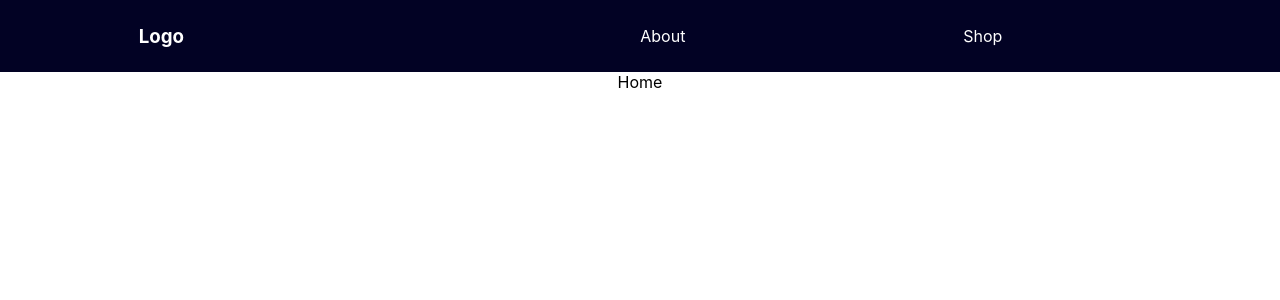
Repository: patrik-fredlund/React-router-tutorial
Page: /
An editor plug-in stored every save of this project. The page is shown before and after the next save, followed by the edit.
The browser window is 1280 px wide. The pictures show the whole page.
The project was rebuilt for these pictures with package versions that can differ from the ones it lists, and the page was loaded fresh each time. Also part of the build but not shown: src/About.js, src/Shop.js.

Above is the page before, as saved 2021-04-02 17:24:49.

### public/index.html
<!DOCTYPE html>
<html lang="en">

<head>
  <meta charset="utf-8" />
  <link rel="icon" href="%PUBLIC_URL%/favicon.ico" />
  <meta name="viewport" content="width=device-width, initial-scale=1" />
  <meta name="theme-color" content="#000000" />
  <meta name="description" content="Web site created using create-react-app" />
  <link rel="apple-touch-icon" href="%PUBLIC_URL%/logo192.png" />

  <link rel="manifest" href="%PUBLIC_URL%/manifest.json" />

  <title>React Router tutorial</title>
</head>

<body>
  <noscript>You need to enable JavaScript to run this app.</noscript>
  <div id="root"></div>

</body>

</html>

### src/App.js
import './App.css';
import { Nav } from './Nav';
import { About } from './About';
import { Shop } from './Shop';
import { Home } from './Home';
import { BrowserRouter as Router, Switch, Route } from 'react-router-dom';

function App() {
  return (
    <Router>
      <div className='App'>
        <Nav />
        <Route path='/' exact component={Home} />
        <Route path='/about' component={About} />
        <Route path='/shop' component={Shop} />
      </div>
    </Router>
  );
}

export default App;

### src/App.css
.App {
  text-align: center;
}

nav {
  display: flex;
  justify-content: space-around;
  align-items: center;
  min-height: 10vh;
  background: rgb(2, 2, 36);
  color: white;
}

.nav-links {
  width: 50%;
  display: flex;
  justify-content: space-around;
  align-items: center;
  list-style: none;
}

### src/Nav.js
import React from 'react';

export const Nav = () => {
  return (
    <nav>
      <h3>Logo</h3>
      <ul className='nav-links'>
        <li>About</li>
        <li>Shop</li>
      </ul>
    </nav>
  );
};

Loaded but not shown: src/index.js (common file); src/index.css (common file); src/Home.js (common file)

After the next save:
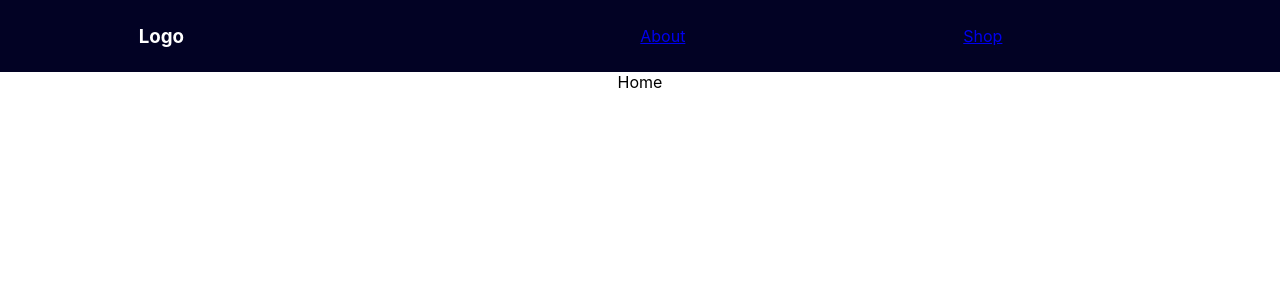
Saved 5 min 36 s later.
--- a/src/Nav.js
+++ b/src/Nav.js
@@ -1,12 +1,17 @@
 import React from 'react';
+import { Link } from 'react-router-dom';
 
 export const Nav = () => {
   return (
     <nav>
       <h3>Logo</h3>
       <ul className='nav-links'>
-        <li>About</li>
-        <li>Shop</li>
+        <Link to='/about'>
+          <li>About</li>
+        </Link>
+        <Link to='/shop'>
+          <li>Shop</li>
+        </Link>
       </ul>
     </nav>
   );
